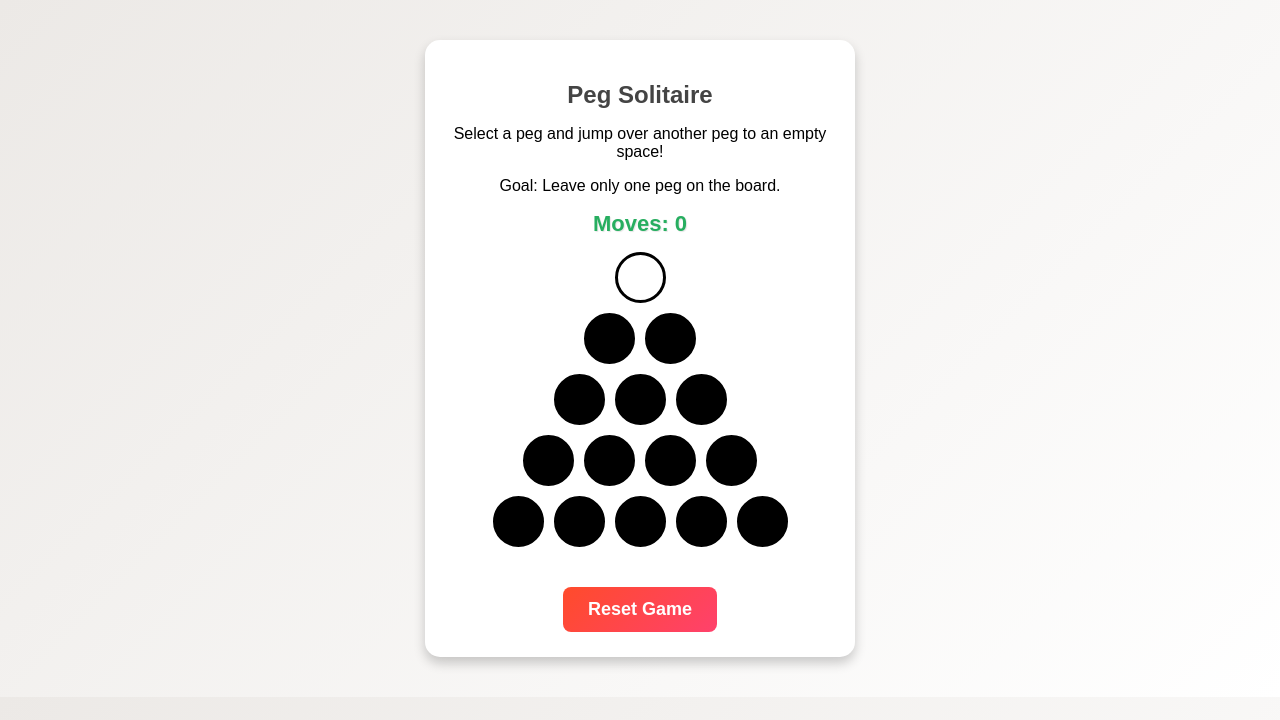
Repository: Yash19075/Mathematical-Peg-game
Page: Peg-game.html
These files come from the project's save history. The page is drawn as it stood at one moment and after the next save; the edit follows.
The browser window is 1280 px wide. The pictures show the whole page.

Above is the page before, as saved 2025-03-19 14:15:03.

After the next save:
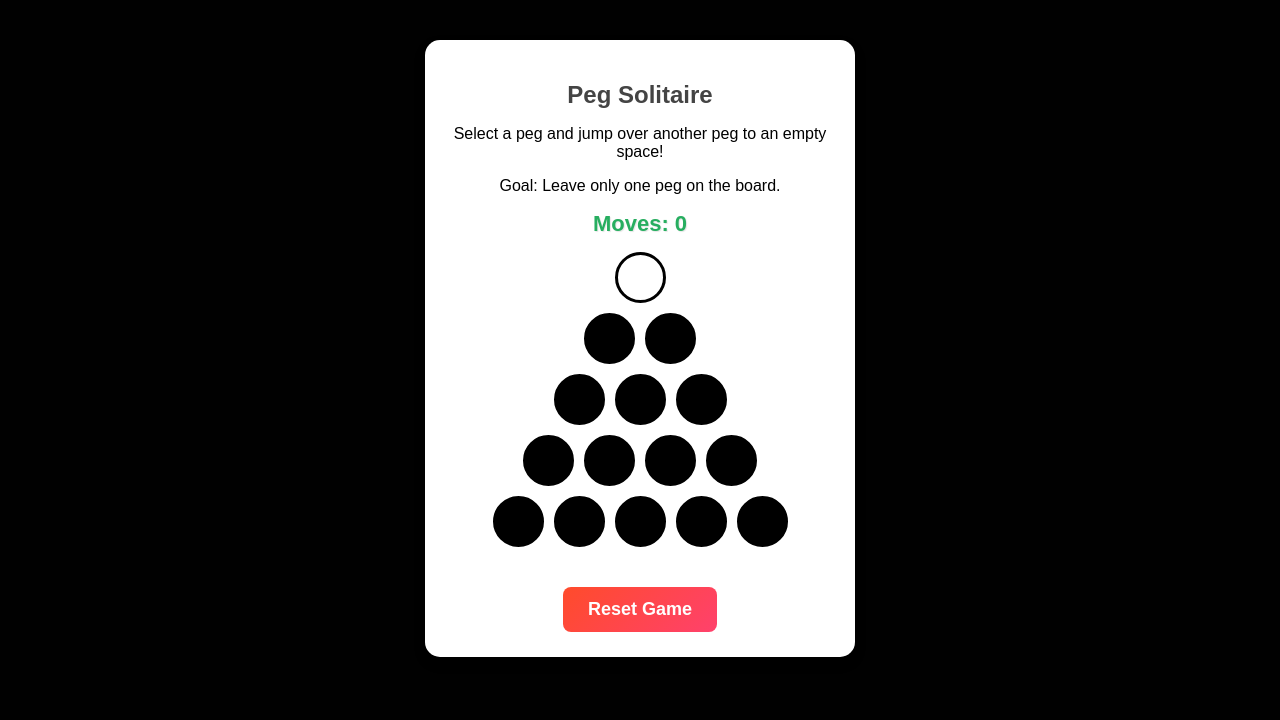
Saved 2 min 59 s later.
--- a/Peg-game.css
+++ b/Peg-game.css
@@ -1,7 +1,7 @@
 body {
     font-family: Arial, sans-serif;
     text-align: center;
-    background: linear-gradient(135deg, #ece9e6, #ffffff);
+    background: linear-gradient(135deg, #010101, #010101);
     margin: 0;
     padding: 0;
 }
